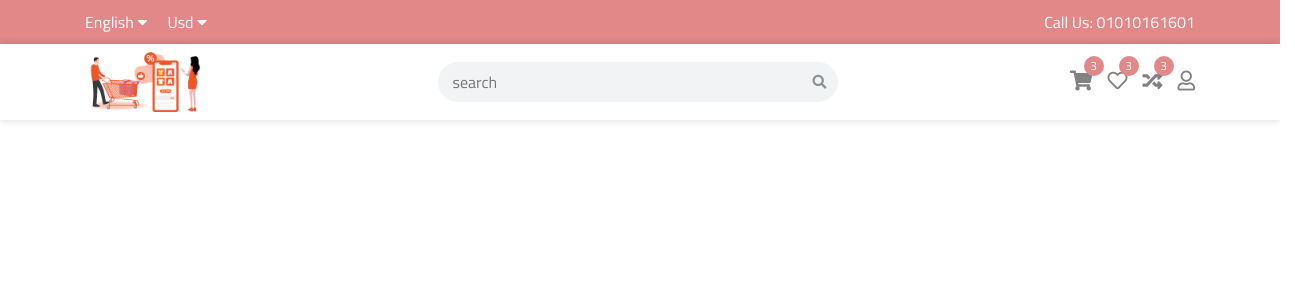
Repository: amrh20/ecommerce-temp
Page: src/index.html
These files come from the project's save history. The page is drawn as it stood at one moment and after the next save; the edit follows.
The browser window is 1280 px wide. The page is 1280 px wide, then 1295 px, then 1280 px, so the pictures cover 1295 px, including what lies to the right of the window. The pictures show the whole page.
The style sheet was rebuilt from its Sass, Less or Tailwind sources for each picture, by a compiler version that may differ from the author's.

Above is the page before, as saved 2020-01-19 13:17:26.

### src/index.html
<!DOCTYPE html>
<html lang="en" dir="ltr">

<head>
  <!-- Mobile specific metas===========================-->
  <meta charset="UTF-8">
  <meta name="viewport" content="width=device-width, initial-scale=1.0">
  <meta http-equiv="X-UA-Compatible" content="ie=edge">
  <!-- Basic page needs===========================-->
  <title>template</title>
  <!-- Favicon===========================-->
  <!-- <link rel="shortcut icon" type="image/x-icon" href="./images/fave-icon.png"> -->
  <!-- Css Base And Vendor ===========================-->
  <link rel="stylesheet" href="./vendors/bootstrap-4/css/bootstrap.min.css">
  <link rel="stylesheet" href="./vendors/fontawesome5.2/css/all.min.css">
  <link rel="stylesheet" href="./vendors/slickslider/slick.css">
  <!-- Site Style===========================-->
  <link rel="stylesheet" href="./styles/main.css">
  <!--[if lt IE 9]>
            <script src="https://oss.maxcdn.com/html5shiv/3.7.2/html5shiv.min.js"></script>
            <script src="https://oss.maxcdn.com/respond/1.4.2/respond.min.js"></script>
        <![endif]-->
</head>

<body>
  <div class="wrapper">
    <div class="body_overlay">
      <!-- start header -->
      <header>
        <div class="header">
          <!-- start top header -->
          <div class="top_header">
            <div class="container">
              <div class="top-header_content">
                <!-- dropdowns -->
                <div class="top_header-dropdowns">
                  <!-- start language dropdown -->
                  <div class="langauge-dropdown">
                    <div class="top_header-dropdown-head">
                      <span>english</span>
                      <i class="fas fa-caret-down"></i>
                      <div class="top_header-dropdown-content">
                        <ul>
                          <li>english</li>
                          <li>french</li>
                        </ul>
                      </div>
                    </div>

                  </div><!-- end language dropdown -->

                  <!-- start currency dropdown -->
                  <div class="currency-dropdown">
                    <div class="top_header-dropdown-head">
                      <span>usd</span>
                      <i class="fas fa-caret-down"></i>
                      <div class="top_header-dropdown-content">
                        <ul>
                          <li>egb</li>
                          <li>usd</li>
                        </ul>
                      </div>
                    </div>

                  </div><!-- end currency dropdown -->
                </div>
                <!-- contact -->
                <div class="top_header-contact">
                  <p>Call Us: 01010161601</p>
                </div>

              </div>


            </div>
          </div><!-- end top header -->
          <!-- start middle haeder -->
          <div class="mid_header">
            <div class="container">
              <div class="mid_header-content">
                <!-- logo -->
                <div class="logo">
                  <img src="./images/logo.png" alt="logo">
                </div>
                <!-- search -->
                <div class="search">
                  <input type="text" placeholder="search">
                  <i class="fas fa-search"></i>
                </div>
                <!-- icons -->
                <div class="icons">
                  <!-- shopping cart view -->
                  <div class="shopping-cart">
                    <div class="icon_head cart-icon_head">
                      <i class="fas fa-shopping-cart"></i>
                       <!-- numbers view -->
                       <div class="overlay_nummbers">
                         3
                       </div>
                    </div>
                  <!-- satrt content -->
                    <div class="shopping-cart_content custom_content">
                      <div class="shopping-cart_details custom_details">
                        <div class="shopping-cart_row custom_row">
                          <div class="product_img">
                            <img src="./images/product-cart.png" alt="">
                          </div>
                          <div class="product_details">
                            <p class="product_name">Marvelous Modern 3 Seater</p>
                            <p class="product_price"> 599,00 <span>egb</span> </p>
                            <p>Qty: <span>1</span></p>
                          </div>
                          <div class="delete_product">
                            <i class="fa fa-times"></i>
                          </div>
                        </div>
                        <div class="shopping-cart_row custom_row">
                          <div class="product_img">
                            <img src="./images/product-cart.png" alt="">
                          </div>
                          <div class="product_details">
                            <p class="product_name">Marvelous Modern 3 Seater</p>
                            <p class="product_price"> 599,00 <span>egb</span> </p>
                            <p>Qty: <span>1</span></p>
                          </div>
                          <div class="delete_product">
                            <i class="fa fa-times"></i>
                          </div>
                        </div>
                        <div class="shopping-cart_row custom_row">
                          <div class="product_img">
                            <img src="./images/product-cart.png" alt="">
                          </div>
                          <div class="product_details">
                            <p class="product_name">Marvelous Modern 3 Seater</p>
                            <p class="product_price"> 599,00 <span>egb</span> </p>
                            <p>Qty: <span>1</span></p>
                          </div>
                          <div class="delete_product">
                            <i class="fa fa-times"></i>
                          </div>
                        </div>
                      </div>
                   <!-- triangle view -->
                      <div class="custom-overlay">
                      </div>

                      <div class="total_price">
                        <span>sub total</span>
                        <span>800,00 egb</span>
                      </div>
                      <div class="cart_btns">
                        <button class="temp_button">view cart</button>
                        <button class="temp_button checkout_btn">checkout</button>
                      </div>
                    </div>

                  </div>
                   <!-- wishlist view -->
                  <div class="wishlist-view">
                    <div class="icon_head wishlist-icon_head">
                      <i class="far fa-heart"></i>
                      <div class="overlay_nummbers">
                        3
                      </div>
                    </div>
                    <div class="wishlist-view_content custom_content">
                      <div class="wishlist-view_details custom_detaiLs">
                        <div class="wishlist-view_row custom_row">
                          <div class="product-details">
                            <p class="product_name">Woman Ring</p>
                            <p class="product_price"> <span>1</span> x 1000,00 egb</p>
                          </div>
                          <div class="product_img">
                            <img src="./images/wishlist_product.jpg" alt="wishlist_product">
                            <i class="fa fa-times"></i>
                          </div>
                        </div>
                        <div class="wishlist-view_row custom_row">
                          <div class="product-details">
                            <p class="product_name">Woman Ring</p>
                            <p class="product_price"> <span>1</span> x 1000,00 egb</p>
                          </div>
                          <div class="product_img">
                            <img src="./images/wishlist_product.jpg" alt="wishlist_product">
                            <i class="fa fa-times"></i>
                          </div>
                        </div>
                        <div class="wishlist-view_row custom_row">
                          <div class="product-details">
                            <p class="product_name">Woman Ring</p>
                            <p class="product_price"> <span>1</span> x 1000,00 egb</p>
                          </div>
                          <div class="product_img">
                            <img src="./images/wishlist_product.jpg" alt="wishlist_product">
                            <i class="fa fa-times"></i>
                          </div>
                        </div>
                        <div class="wishlist-view_row custom_row">
                          <div class="product-details">
                            <p class="product_name">Woman Ring</p>
                            <p class="product_price"> <span>1</span> x 1000,00 egb</p>
                          </div>
                          <div class="product_img">
                            <img src="./images/wishlist_product.jpg" alt="wishlist_product">
                            <i class="fa fa-times"></i>
                          </div>
                        </div>
                      </div>


                      <div class="custom-overlay">
                      </div>
                      <div class="wishlist_btn">
                        <button class="temp_button ">view wishlist</button>
                      </div>
                    </div>

                  </div>
                  <!-- compare view -->
                  <div class="compare-view">
                    <div class="icon_head compare-icon_head">
                      <i class="fa fa-random"></i>
                      <div class="overlay_nummbers">
                        3
                      </div>
                    </div>
                    <div class="compare-view_content custom_content">
                      <div class="compare-view_details custom_detaiLs">
                        <div class="compare-view_col">
                          <img src="./images/compareproduct.jpg" alt="compareproduct">
                          <p class="product_name">Marvelous Modern 3 Seater</p>
                           <p><span>3</span> x 1000,00 egb</p>
                        </div>
                        <div class="compare-view_col">
                          <img src="./images/compareproduct.jpg" alt="compareproduct">
                          <p class="product_name">Marvelous Modern 3 Seater</p>
                           <p><span>3</span> x 1000,00 egb</p>
                        </div>
                        <div class="compare-view_col">
                          <img src="./images/compareproduct.jpg" alt="compareproduct">
                          <p class="product_name">Marvelous Modern 3 Seater</p>
                           <p><span>3</span> x 1000,00 egb</p>
                        </div>
                        <div class="compare-view_col">
                          <img src="./images/compareproduct.jpg" alt="compareproduct">
                          <p class="product_name">Marvelous Modern 3 Seater</p>
                           <p><span>3</span> x 1000,00 egb</p>
                        </div>
                      </div>
                      <div class="custom-overlay">
                      </div>
                    </div>
                  </div>
                  <div class="icon">
                    <i class="far fa-user"></i>
                  </div>

                </div>
              </div>
            </div>
          </div>
          <!-- end middle haeder -->
        </div>
      </header><!-- end header -->
    </div>
  </div>

  </div>
  <!--Scripts Plugins========================-->
  <script src="./vendors/jquery/jquery-3.3.1.min.js"></script>
  <script src="./vendors/bootstrap-4/js/bootstrap.min.js"></script>
  <!-- Custom js ====================-->
  <script src="scripts/app.js"></script>
</body>

</html>

### src/styles/main.scss
/* imports sass files
========================*/
@import "../styles/variables.scss";
@import "../styles/buttons.scss";
@import "../styles/forms.scss";
@import "../styles/header.scss";
@import "../styles/base.scss";
@import "../styles/general.scss";

### src/styles/variables.scss
/* our sass varaibles
========================*/
$main-color :#e38888;
$second-color :#222222;
$icons-color :#828282;
$white: #fff;
$black : #000;
$top-header-hover :#e5e5e5;

### src/styles/buttons.scss
@import "../styles/variables.scss";

/* Buttons
==================================*/

### src/styles/header.scss
@import "../styles/variables.scss";

.header {
  // start top header
  .top_header {
    background-color: $main-color;
    color: $white;
    padding: 10px 0;
    .top-header_content {
      display: flex;
      justify-content: space-between;
      .top_header-dropdowns {
        display: flex;
        .langauge-dropdown,
        .currency-dropdown {
          position: relative;
          .top_header-dropdown-head {
            cursor: pointer;
            width: fit-content;
            text-transform: capitalize;
            .top_header-dropdown-content {
              background-color: $white;
              position: absolute;
              top: 52px;
              box-shadow: 0 0 8px 0 rgba(0, 0, 0, 0.17);
              color: $black;
              min-width: 80px;
              text-transform: capitalize;
              opacity: 0;
              visibility: hidden;
              transition: all 0.3s ease-in-out;
              ul {
                li {
                  padding: 10px;
                  cursor: pointer;
                  &:first-of-type {
                    padding-bottom: 0;
                  }
                  &:hover {
                    color: $main-color;
                  }
                }
              }
            }
            &:hover {
              .top_header-dropdown-content {
                opacity: 1;
                visibility: visible;
                top: 32px;
              }
            }
          }
        }
        .langauge-dropdown {
          margin-right: 20px;
        }
      }
    }
  }
  // start middle header
  .mid_header {
    box-shadow: 0 0 8px 0 rgba(0, 0, 0, 0.17);
    padding: 8px 0;
    .mid_header-content {
      display: flex;
      align-items: center;
      justify-content: space-between;
      .logo {
        img {
          max-height: 60px;
        }
      }
      // search
      .search {
        position: relative;
        input {
          border: 1px solid #f1f3f5;
          border-radius: 20px;
          background: #f1f3f5;
          min-width: 400px;
          padding: 7px 14px;
        }
        i {
          position: absolute;
          right: 11px;
          font-size: 14px;
          top: 50%;
          transform: translateY(-50%);
          color: #8c9196;
        }
      }
      // icons
      .icons {
        display: flex;

        i {
          font-size: 20px;
          color: $icons-color;
          cursor: pointer;
        }
        // shopping cart view
        .shopping-cart {
          position: relative;
          margin-right: 15px;
          .shopping-cart_row {
            .product_img {
              img {
                max-height: 100px;
              }
            }
            .product_details {
              margin: 0 15px;
              .product_name {
                font-weight: 700;
                overflow: hidden;
                text-overflow: ellipsis;
                white-space: nowrap;
                max-width: 170px;
              }
              .product_price {
                text-transform: uppercase;
                color: $main-color;
              }
            }
            .delete_product {
              i {
                color: red;
                font-size: 14px;
              }
            }
          }

          .total_price {
            display: flex;
            justify-content: space-between;
            padding: 15px 25px;
            text-transform: capitalize;
            border-top: 1px solid #eee;
            border-bottom: 1px solid #eee;
            span {
              &:first-of-type {
                color: #757575;
              }
              &:nth-of-type(2) {
                color: #010101;
                font-weight: 600;
              }
            }
          }
          .cart_btns {
            display: flex;
            justify-content: space-between;
            padding-top: 20px;
            .checkout_btn {
                background-color: $main-color;
                color: $white;
                &:hover {
                    color: $main-color;
                    background-color: $white;
                }
            }
          }
        }

        // wishlist veiw
        .wishlist-view {
          margin-right: 15px;
          position: relative;
          .wishlist-view_content {
          padding: 20px;
          border-top: 1px solid $main-color;
          min-width: 300px;
          }
          .wishlist-view_details {
            margin-bottom: 20px;
            &:not(:first-of-type){
              border-top: 1px solid rgba(0,0,0,.15);
              padding-top: 20px;
            }
          }
          .wishlist-view_row {
            justify-content: space-between;
            padding: 0;
            margin-bottom: 20px;
            .product_name {
              font-weight: 800;
            }
            .product_img {
              border: 1px solid #ededed;
              position: relative;
              i {
                position: absolute;
                right: -8px;
                top: -10px;
                font-size: 12px;
                box-shadow: 0 2px 5px rgba(0,0,0,0.2);
                width: 2rem;
                height: 2rem;
                border-radius: 50%;
                background-color: #fff;
                display: flex;
                left: c;
                color: red;
                justify-content: center;
                align-items: center;
              }
            }

          }
         .wishlist_btn {
           display: flex;
           justify-content: center;
           button {
            font-size: 14px;
            padding: 5px 15px;
           }
         }
        }
        // compare view
        .compare-view {
          margin-right: 15px;
          position: relative;
          .compare-view_details {
            display: flex;
            justify-content: space-between;
            .product_name {
              margin-top: 15px;
              font-weight: 700;
              overflow: hidden;
              text-overflow: ellipsis;
              white-space: nowrap;
              max-width: 150px;
            }
          }
          .compare-view_col {
            padding-left: 20px;
    padding-right: 20px;
    border-right: 1px solid rgba(0,0,0,.15);
    &:last-of-type {
      border: 0;
    }
          }
        }
      }
    }
  }
  // custom views
  .custom-overlay {
    border-color: #e38888 transparent;
    border-style: solid;
    border-width: 0 12px 12px;
    height: 0;
    width: 0;
    top: -12px;
    right: 13px;
    position: absolute;
  }
  .custom_content {
    transition: all 0.3s ease-in-out;
    position: absolute;
    min-width: 360px;
    top: 20px;
    right: -15px;
    transition: all 0.3s ease;
    opacity: 0;
    visibility: hidden;
    box-shadow: 0 2px 2px rgba(0, 0, 0, 0.17);
    background-color: $white;
    border-top: 1px solid $main-color;
    padding: 30px;
    .custom_details {
        max-height: 350px;
        overflow: auto;
    }
    &.showcontent {
      opacity: 1;
      visibility: visible;
      top: 50px;
    }
  }
  .custom_row {
    padding-bottom: 5px;
    display: flex;
    align-items: center;
  }
  .custom_details {
   max-height: 300px;
   overflow: auto;
  }
  .icon_head {
    position: relative;
    .overlay_nummbers {
    position: absolute;
    top: -14px;
    right: -11px;
    background: $main-color;
    border-radius: 50%;
    width: 13px;
    height: 13px;
    padding: 10px;
    display: flex;
    justify-content: center;
    align-items: center;
    color: $white;
    font-size: 12px;
    }
  }
}

### src/styles/base.scss
@import "../styles/variables.scss";

/* General elements
======================*/
*,p {
  margin: 0;
  padding: 0;
}
*,
*:focus {
  outline: none !important;
}

.highlightClass {
  color: $main-color;
}
/*import fonts
========================*/
@import url('https://fonts.googleapis.com/css?family=Ubuntu:400,700');

@font-face {
  font-family: Cairo;
  font-style: normal;
  src: local('Cairo Regular'), local('Cairo-Regular'), url("../fonts/Cairo/Cairo-Regular.ttf");
  font-display: swap;
  font-weight: 400;
}
@font-face {
  font-family: Cairo;
  font-style: normal;
  src: local('Cairo Cairo-SemiBold'), local('Cairo-Cairo-SemiBold'), url("../fonts/Cairo/Cairo-SemiBold.ttf");
  font-display: swap;
  font-weight: 600;
}
@font-face {
  font-family: Cairo;
  font-style: normal;
  src: local('Cairo Bold'), local('Cairo-Bold'), url("../fonts/Cairo/Cairo-Bold.ttf");
  font-display: swap;
  font-weight: 700;
}
/*body-layout
========================*/
html {
  font-size: 62.5%;
  overflow-x: hidden;
}
body {
  font-family: 'Cairo',  sans-serif;
  font-size: 1.6rem;

  [dir=rtl] & {
    direction: rtl;
    text-align: right;
  }
}

.wrapper {
  position: relative;
  width: 100%;
}
/* Links
==================*/
a {
  color: inherit;
  &:hover,
  &:focus {
    text-decoration: none;
    transition: all .3s ease-in-out;
    color: inherit;
  }
}
/* Images
============================*/
img {
  // display: block;
  max-width: 100%;
  height: auto;
}

// list items
ul {
  list-style: none;
  margin: 0;
}

/* inputs
============================*/

### src/styles/general.scss
@import "../styles/variables.scss";


// buttons
.temp_button {
    color: $black;
    padding: 5px 22px;
    border-radius: 18px;
    vertical-align: top;
    display: inline-block;
    background: transparent;
    border: 1px solid $main-color;
    text-transform: uppercase;
    cursor: pointer;
    transition: all .3s ease-in-out;
    &:hover {
        background-color: $main-color;
        color: $white;
    }
}

Loaded but not shown: src/vendors/bootstrap-4/css/bootstrap.min.css (library); src/vendors/fontawesome5.2/css/all.min.css (library); src/vendors/slickslider/slick.css (common file); src/vendors/jquery/jquery-3.3.1.min.js (library); src/vendors/bootstrap-4/js/bootstrap.min.js (library); src/scripts/app.js (42 lines, source omitted); src/styles/forms.scss (123 lines, source omitted)

After the next save:
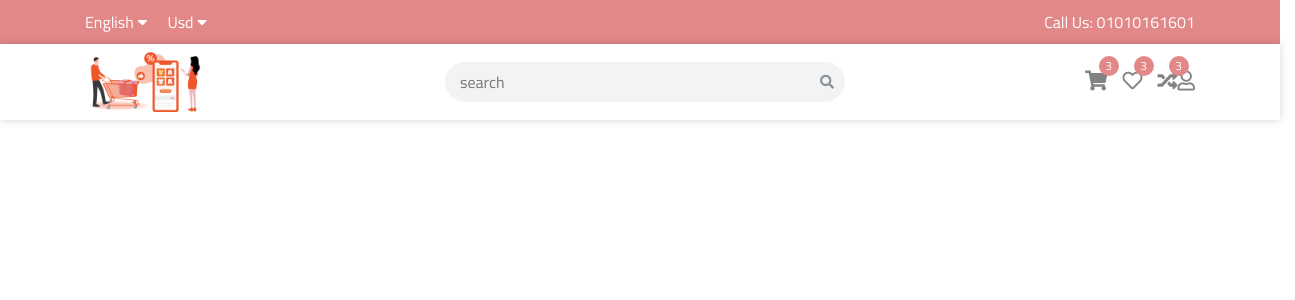
Saved 96 s later.
--- a/src/styles/header.scss
+++ b/src/styles/header.scss
@@ -217,30 +217,35 @@
          }
         }
         // compare view
-        .compare-view {
-          margin-right: 15px;
-          position: relative;
-          .compare-view_details {
-            display: flex;
-            justify-content: space-between;
-            .product_name {
-              margin-top: 15px;
-              font-weight: 700;
-              overflow: hidden;
-              text-overflow: ellipsis;
-              white-space: nowrap;
-              max-width: 150px;
-            }
-          }
-          .compare-view_col {
-            padding-left: 20px;
-    padding-right: 20px;
-    border-right: 1px solid rgba(0,0,0,.15);
-    &:last-of-type {
-      border: 0;
-    }
-          }
-        }
+        .compare-view_content {
+          max-width: 800px;
+    overflow: auto;
+          .compare-view {
+            margin-right: 15px;
+            position: relative;
+            .compare-view_details {
+              display: flex;
+              justify-content: space-between;
+              .product_name {
+                margin-top: 15px;
+                font-weight: 700;
+                overflow: hidden;
+                text-overflow: ellipsis;
+                white-space: nowrap;
+                max-width: 150px;
+              }
+            }
+            .compare-view_col {
+              padding-left: 20px;
+      padding-right: 20px;
+      border-right: 1px solid rgba(0,0,0,.15);
+      &:last-of-type {
+        border: 0;
+      }
+            }
+          }
+        }
+
       }
     }
   }

After the 3 saves that followed:
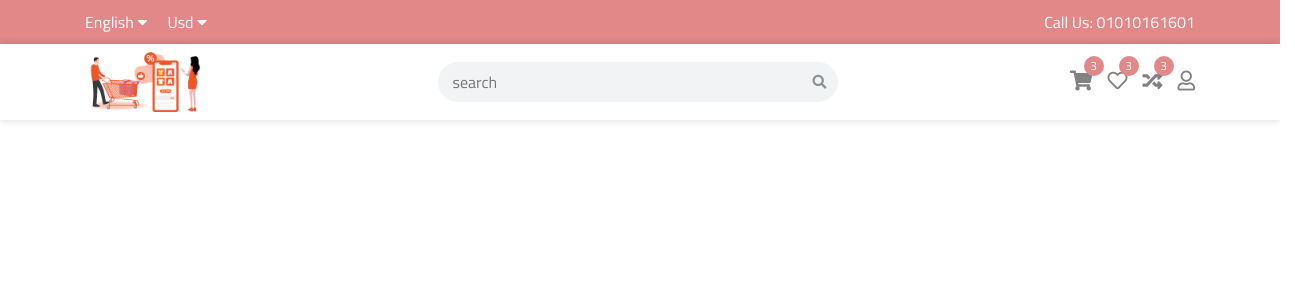
The 3 saves are shown as one change because 1 left the picture as it was and some came seconds apart.
The last was saved 54 s later.
--- a/src/styles/header.scss
+++ b/src/styles/header.scss
@@ -218,34 +218,32 @@
         }
         // compare view
         .compare-view_content {
-          max-width: 800px;
-    overflow: auto;
-          .compare-view {
-            margin-right: 15px;
-            position: relative;
-            .compare-view_details {
-              display: flex;
-              justify-content: space-between;
-              .product_name {
-                margin-top: 15px;
-                font-weight: 700;
-                overflow: hidden;
-                text-overflow: ellipsis;
-                white-space: nowrap;
-                max-width: 150px;
-              }
-            }
-            .compare-view_col {
-              padding-left: 20px;
-      padding-right: 20px;
-      border-right: 1px solid rgba(0,0,0,.15);
-      &:last-of-type {
-        border: 0;
-      }
-            }
-          }
-        }
-
+
+        }
+        .compare-view {
+          margin-right: 15px;
+          position: relative;
+          .compare-view_details {
+            display: flex;
+            justify-content: space-between;
+            .product_name {
+              margin-top: 15px;
+              font-weight: 700;
+              overflow: hidden;
+              text-overflow: ellipsis;
+              white-space: nowrap;
+              max-width: 150px;
+            }
+          }
+          .compare-view_col {
+            padding-left: 20px;
+    padding-right: 20px;
+    border-right: 1px solid rgba(0,0,0,.15);
+    &:last-of-type {
+      border: 0;
+    }
+          }
+        }
       }
     }
   }
